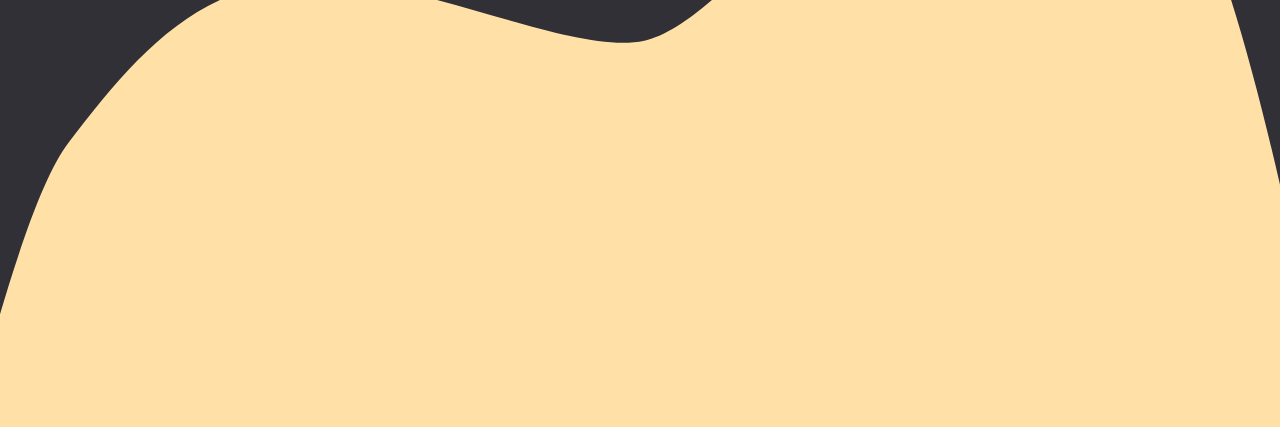
Repository: zhangolivia7/rot-recovery
Page: /
An editor plug-in stored every save of this project. The page is shown before and after the next save, followed by the edit.
The browser window is 1280 px wide. The pictures show the whole page.
The project was rebuilt for these pictures with package versions that can differ from the ones it lists, and the page was loaded fresh each time. The framework's server and built-in components were replaced by stand-ins that run in the browser. Also part of the build but not shown: next.config.ts.

Above is the page before, as saved 2025-03-26 14:14:15.

After the next save:
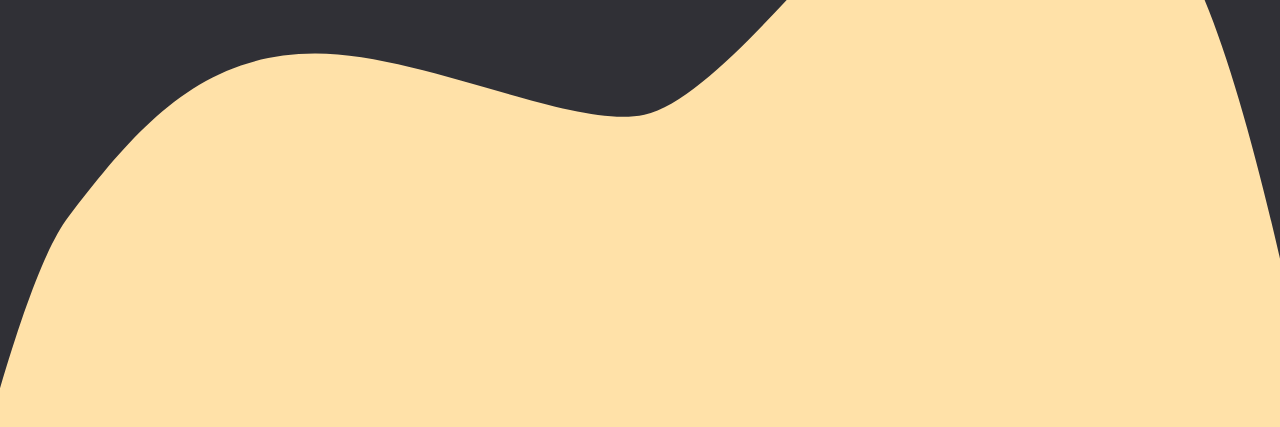
Saved 12 s later.
--- a/src/app/page.tsx
+++ b/src/app/page.tsx
@@ -81,12 +81,12 @@ export default function Home() {
       <section id="sec1" className="h-screen flex justify-center items-center snap-start">
         <main className="flex flex-col gap-[32px] row-start-2 items-center sm:items-start">
           <div>
+            <h1>
+              hello, <input type="text" id="helloText" value={name} onChange={updateName} />
+            </h1>
             <svg width="1523" height="1089" viewBox="0 0 1523 1089" fill="none" xmlns="http://www.w3.org/2000/svg">
               <path d="M189.646 363.552C132.076 438.396 64.667 758.059 0 1000L22.3857 1071L1506.76 1089C1515.14 1076.5 1529.41 1046.81 1519.34 1028.01C1506.76 1004.52 1401.37 230.209 1293.35 86.2438C1185.34 -57.7212 1072.61 10.6378 993.439 62.2496C945.639 93.4101 836.141 246.205 765.357 261.701C694.573 277.197 544.312 200.592 436.08 200.592C318.106 200.592 253.53 280.5 189.646 363.552Z" fill="#FFE1A8" />
             </svg>
-            <h1>
-              hello, <input type="text" id="helloText" value={name} onChange={updateName} />
-            </h1>
           </div>
         </main>
       </section>
